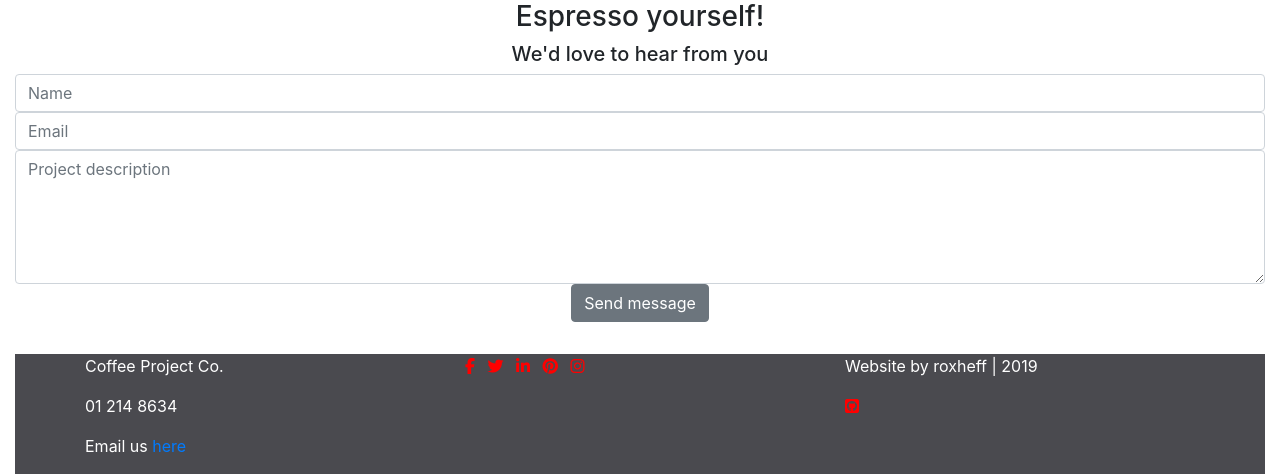
Repository: roxanahefferon/M1
Page: index.html
The author's editor kept a record of every edit. The page is drawn from the files as they stood at one moment, then again after the next edit.
The browser window is 1280 px wide. The pictures show the part of the page from y = 2914 to 3388 px (the page is 3388 px tall).
Some web libraries are served in a nearby version.

Above is the page before.

After the next edit:
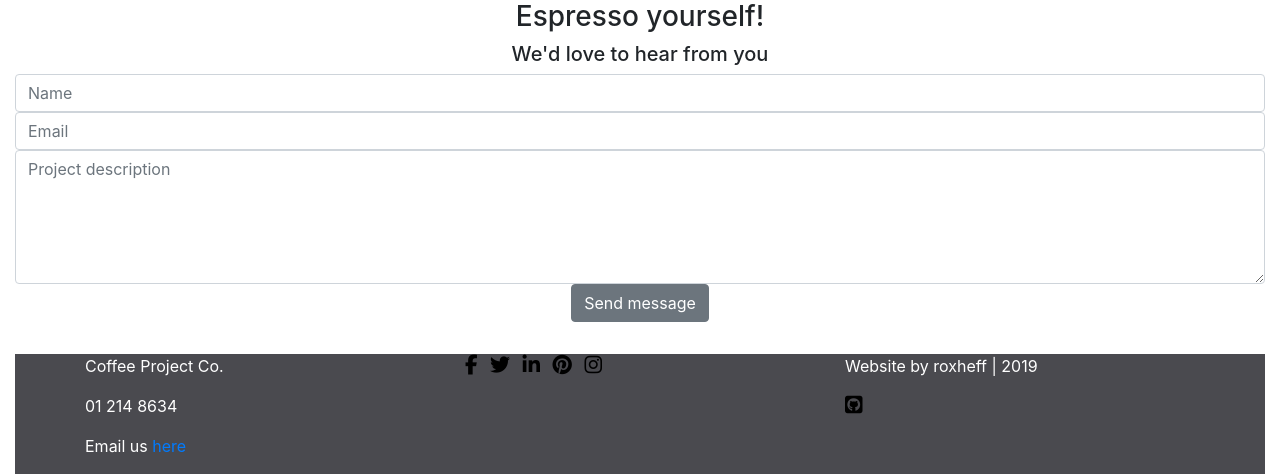
The edit:
--- a/assets/css/style.css
+++ b/assets/css/style.css
@@ -270,7 +270,8 @@
 }
 
 .fab {
-    color: red;
+    color: #000000;
+    font-size: 20px;
 }
 
 
